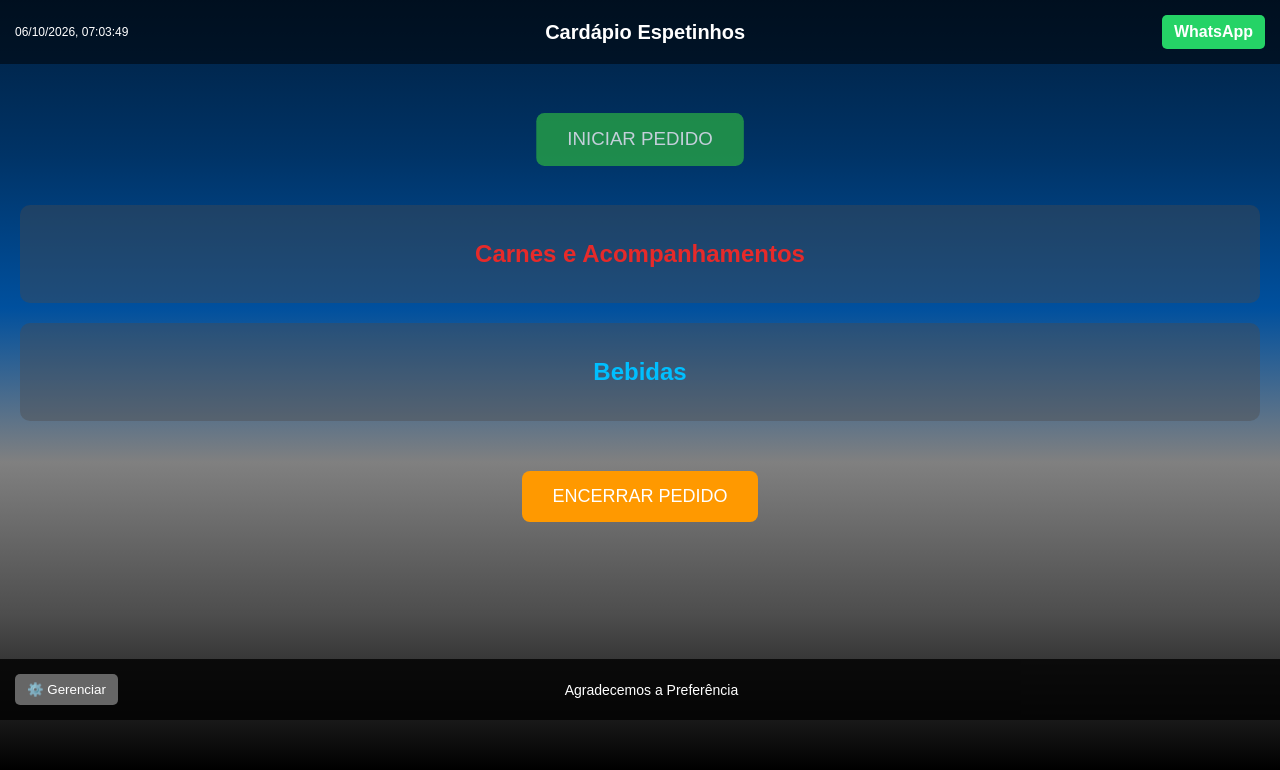
Repository: JeffRodFer/skewersOrder
Page: frontend/index.html
These files come from the project's save history. The page is drawn as it stood at one moment and after the next save; the edit follows.
The browser window is 1280 px wide. The pictures show the whole page.
The page's requests for data from a server got no answer.

Above is the page before, as saved 2026-10-18 08:34:29.

After the next save:
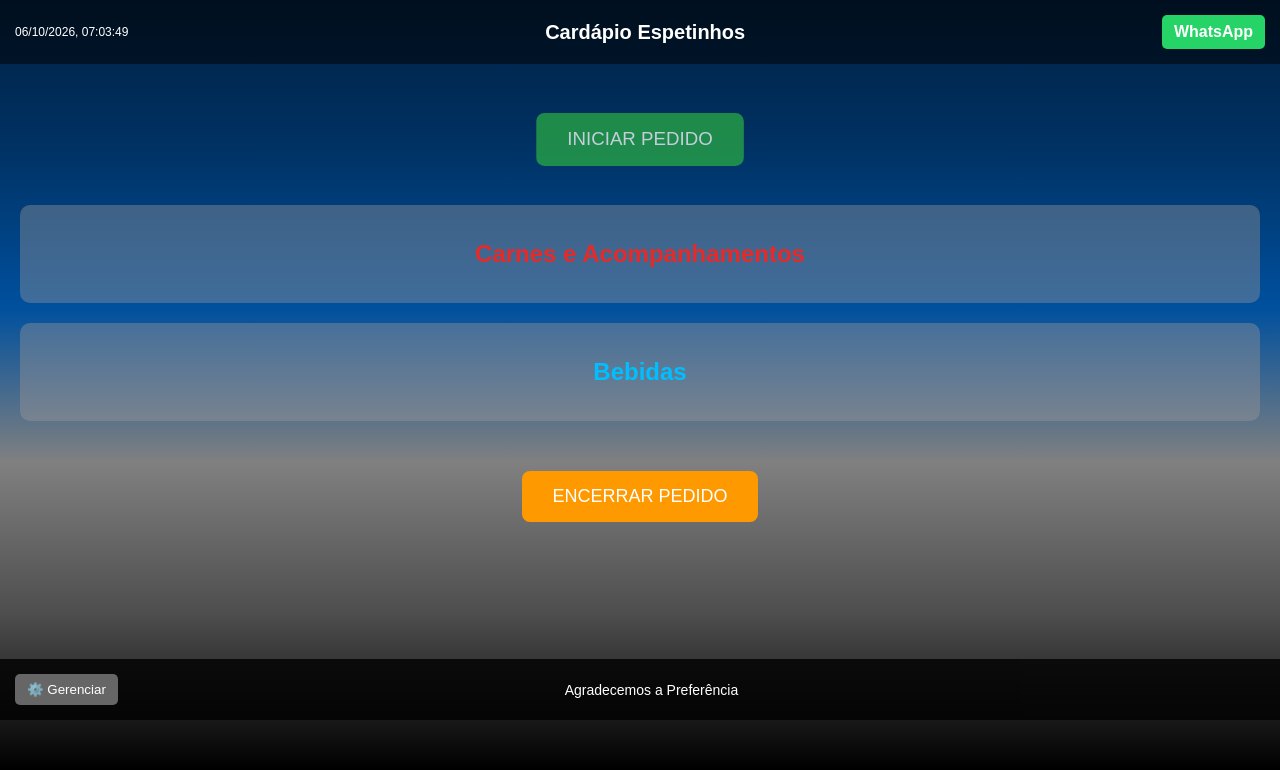
Saved 6 s later.
--- a/frontend/style.css
+++ b/frontend/style.css
@@ -108,7 +108,7 @@ header {
 .secao-produtos {
     margin: 20px;
     padding: 15px;
-    background: rgba(77, 74, 74, 0.4);
+    background: rgba(158, 152, 152, 0.4);
     border-radius: 10px;
 }
 
